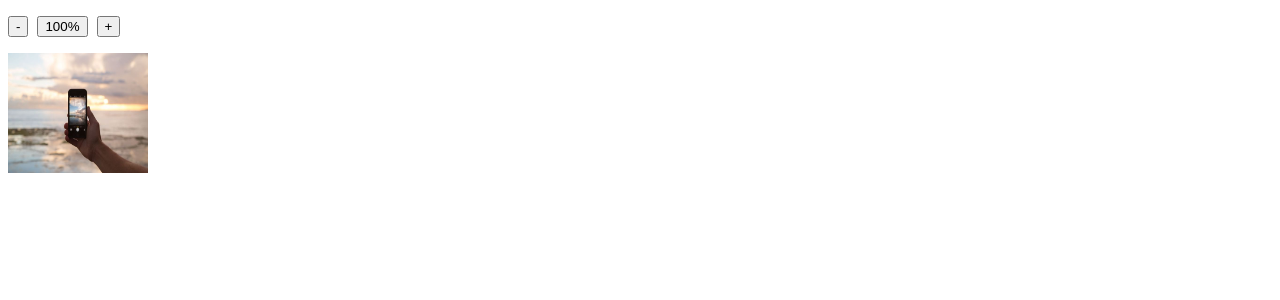
Repository: jwsimhj97/jwork_n
Page: JSPProject/WebContent/03-07/prac01.html
These files come from the project's save history. The page is drawn as it stood at one moment and after the next save; the edit follows.
The browser window is 1280 px wide. The pictures show the whole page.
After loading, the first visible `button.smallBtn` was clicked once.

Above is the page before, as saved 2022-03-08 01:04:34.

After the next save:
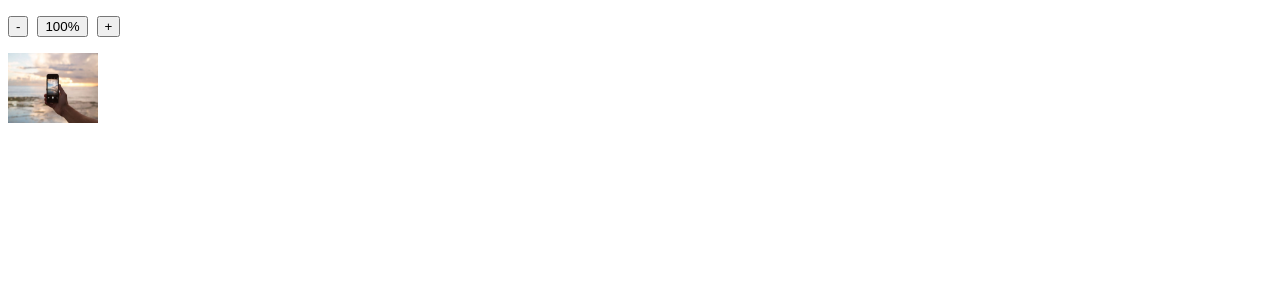
Saved 51 s later.
--- a/JSPProject/WebContent/03-07/prac01.html
+++ b/JSPProject/WebContent/03-07/prac01.html
@@ -18,6 +18,11 @@
 			//console.log($(this).attr('class'));
 			if(btnClass=="smallBtn"){
 				console.log("s");
+				$('img').addClass("small");
+			}else if(btnClass=="originBtn"){
+
+			}else if(btnClass=="largeBtn"){
+
 			}
 		});
 	});

After the 3 saves that followed:
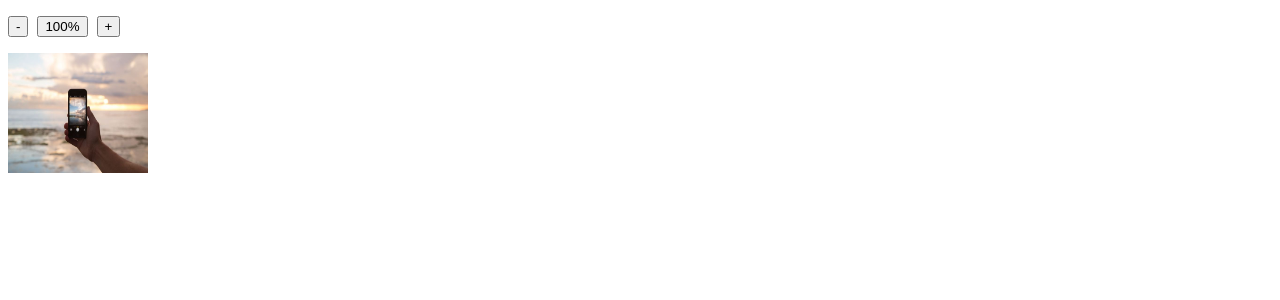
The 3 saves are shown as one change because 2 left the picture as it was.
The last was saved 70 s later.
--- a/JSPProject/WebContent/03-07/prac01.html
+++ b/JSPProject/WebContent/03-07/prac01.html
@@ -14,11 +14,10 @@
 	$(function() {
 		$("button").on("click", function(event) {
 			btnClass = $(this).attr('class');
-			//$('img').addClass("small");
-			//console.log($(this).attr('class'));
+			imgClass = $(this).attr('class');
 			if(btnClass=="smallBtn"){
-				console.log("s");
-				$('img').addClass("small");
+				console.log(imgClass);
+				//$('img').addClass("small");
 			}else if(btnClass=="originBtn"){
 
 			}else if(btnClass=="largeBtn"){
